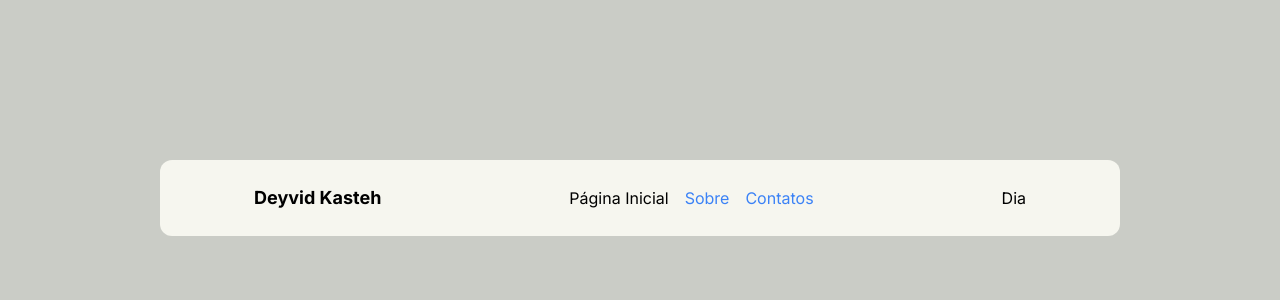
Repository: Deyvid-Kasteh/kasteh_portfolio
Page: /
An editor plug-in stored every save of this project. The page is shown before and after the next save, followed by the edit.
The browser window is 1280 px wide. The pictures show the whole page.
The project was rebuilt for these pictures with package versions that can differ from the ones it lists, and the page was loaded fresh each time. The framework's server and built-in components were replaced by stand-ins that run in the browser. Also part of the build but not shown: next.config.mjs.

Above is the page before, as saved 2024-03-24 02:45:00.

### src/app/layout.tsx
import type { Metadata } from "next";
import { Inter } from "next/font/google";
import "./globals.css";

const inter = Inter({ subsets: ["latin"] });

export const metadata: Metadata = {
  title: "Create Next App",
  description: "Generated by create next app",
};

export default function RootLayout({
  children,
}: Readonly<{
  children: React.ReactNode;
}>) {
  return (
    <html lang="pt-br">
      <body
        className={`bg-customGrayBG ${inter.className} p-4 sm:p-6 md:p-8 lg:p-10 xl:p-40`}
      >
        {children}
      </body>
    </html>
  );
}

### src/app/page.tsx
import Header from "./components/header";

export default function Home() {
  return (
    <>
      <Header />
      <main></main>
      <footer></footer>
    </>
    // <main className="bg-neutral-200 flex min-h-screen flex-col items-center justify-between p-24">

    // </main>
  );
}

### src/app/globals.css
@tailwind base;
@tailwind components;
@tailwind utilities;

:root {
  --foreground-rgb: 0, 0, 0;
  --background-start-rgb: 214, 219, 220;
  --background-end-rgb: 0, 0, 0;
}

/* @media (prefers-color-scheme: dark) {
  :root {
    --foreground-rgb: 255, 255, 255;
    --background-start-rgb: 0, 0, 0;
    --background-end-rgb: 0, 0, 0;
  }
} */

body {
  color: "#25282B"
  /* background: linear-gradient(
      to bottom,
      transparent,
      rgb(var(--background-end-rgb))
    )
    rgb(var(--background-start-rgb)); */
}



@layer utilities {
  .text-balance {
    text-wrap: balance;
  }
}

### src/app/components/header.tsx
import React from "react";

const Header: React.FC = () => {
  return (
    <header className="bg-customGrayComponents flex justify-around items-center py-6 rounded-xl">
      <h1 className="text-lg font-bold">Deyvid Kasteh</h1>
      <nav>
        <ul className="flex space-x-4">
          <li>
            <a href="#">Página Inicial</a>
          </li>
          <li>
            <a
              href="#"
              className="text-blue-500 hover:text-blue-700 hover:bg-blue-500"
            >
              Sobre
            </a>
          </li>
          <li>
            <a href="#" className="text-blue-500 hover:text-blue-700">
              Contatos
            </a>
          </li>
        </ul>
          </nav>
          <div><p>Dia</p></div>
    </header>
  );
};

export default Header;

### tailwind.config.ts
import type { Config } from "tailwindcss";

const config: Config = {
  content: [
    "./src/pages/**/*.{js,ts,jsx,tsx,mdx}",
    "./src/components/**/*.{js,ts,jsx,tsx,mdx}",
    "./src/app/**/*.{js,ts,jsx,tsx,mdx}",
  ],
  theme: {
    extend: {
      backgroundImage: {
        "gradient-radial": "radial-gradient(var(--tw-gradient-stops))",
        "gradient-conic":
          "conic-gradient(from 180deg at 50% 50%, var(--tw-gradient-stops))",
      },
      colors: {
        customGrayBG: "#CACCC6", // Definindo o background color
        customGrayComponents: "#F6F6EF",
      },
    },
  },
  plugins: [],
};
export default config;

After the next save:
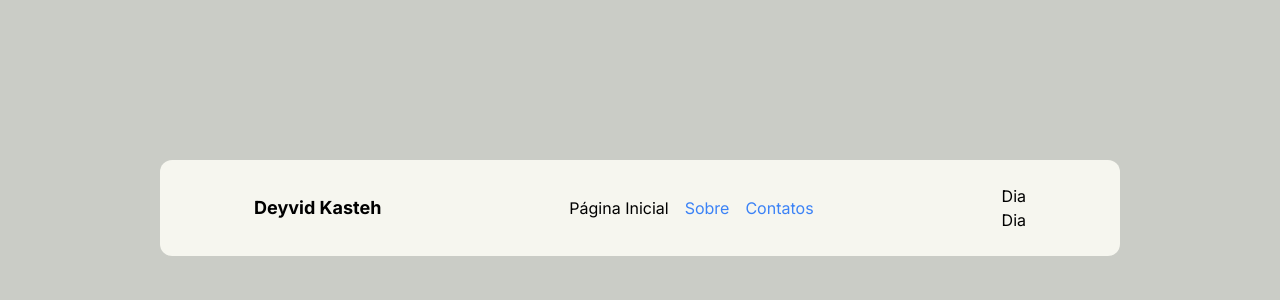
Saved 7 s later.
--- a/src/app/components/header.tsx
+++ b/src/app/components/header.tsx
@@ -23,8 +23,11 @@ const Header: React.FC = () => {
             </a>
           </li>
         </ul>
-          </nav>
-          <div><p>Dia</p></div>
+      </nav>
+      <div>
+        <p>Dia</p>
+        <p>Dia</p>
+      </div>
     </header>
   );
 };
